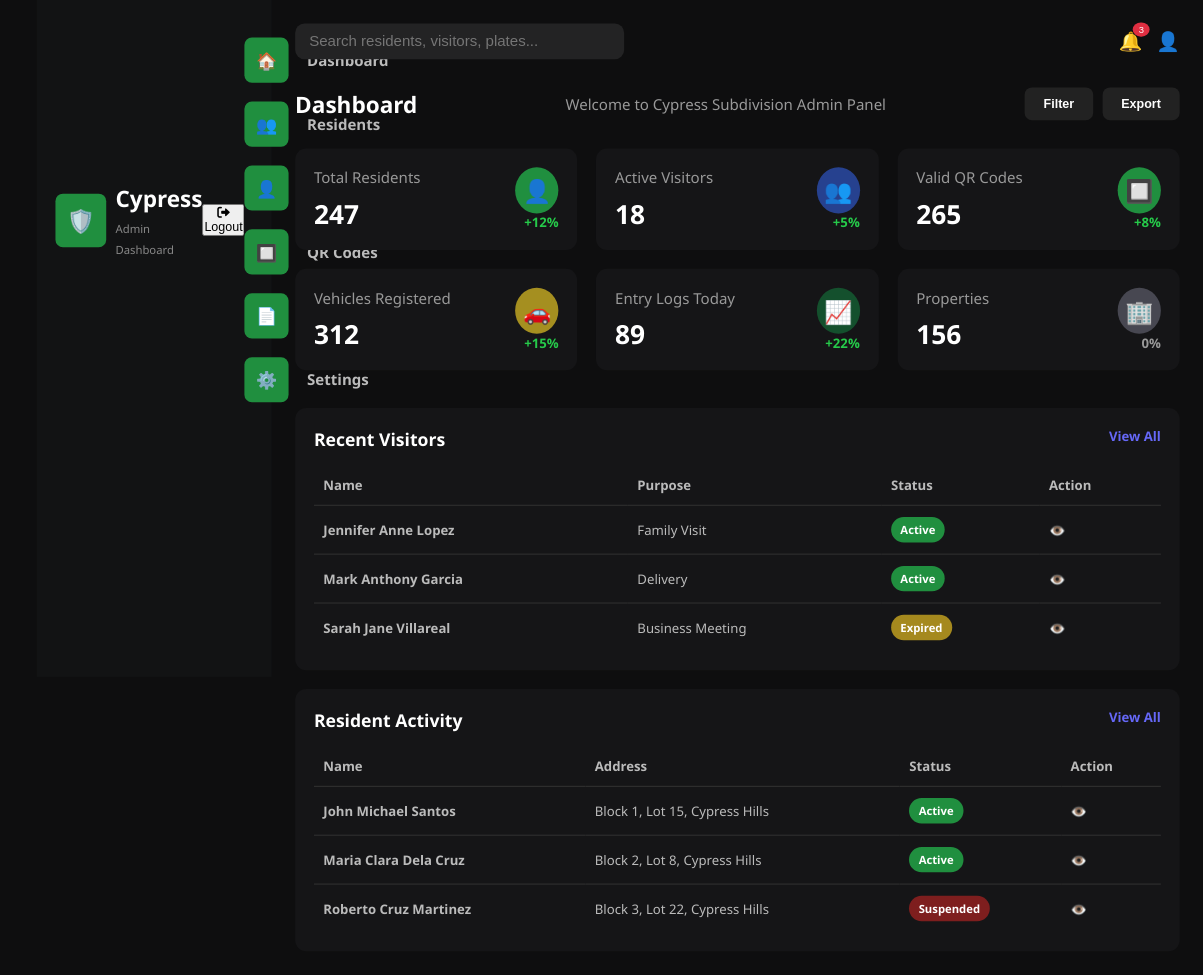
Repository: camuramon/my-project
Page: templates/admin/dashboard.html
These files come from the project's save history. The page is drawn as it stood at one moment and after the next save; the edit follows.
The browser window is 1280 px wide. The pictures show the whole page, at 94% of full size.
The template is drawn by Flask 3. The application's start-up code is not run. Other server files are loaded and not shown. The template is opened directly, without the code that normally fills it, so the values that code supplies are empty.

Above is the page before, as saved 2025-08-31 04:52:31.

### templates/admin/dashboard.html
<!DOCTYPE html>
<html lang="en">
<head>
  <meta charset="UTF-8" />
  <meta name="viewport" content="width=device-width, initial-scale=1.0" />
  <title>Cypress Admin Dashboard</title>
  <link rel="stylesheet" href="{{ url_for('static', filename='css/admin.css') }}">
  <link href="https://cdnjs.cloudflare.com/ajax/libs/font-awesome/6.0.0-beta3/css/all.min.css" rel="stylesheet" />
</head>


</head>
<body>
    <aside class="sidebar">
    <div class="logo">
        <div class="icon">🛡️</div>
        <div class="title">
            <h2>Cypress</h2>
            <span>Admin Dashboard</span>
        </div>
        <div class="logout">
        <form action="{{ url_for('logout') }}" method="POST">
            <button type="submit" class="logout-btn">
                <i class="fas fa-sign-out-alt"></i> Logout
            </button>
    </div>
    <nav>
        <ul class="sidebar-menu">
            <li class="{% if request.path == url_for('admin_dashboard') %}active{% endif %}">
                <a href="{{ url_for('admin_dashboard') }}"><span class="icon">🏠</span> Dashboard</a>
            </li>
            <li class="{% if request.path == url_for('admin_residents') %}active{% endif %}">
                <a href="{{ url_for('admin_residents') }}"><span class="icon">👥</span> Residents</a>
            </li>
            <li class="{% if request.path == url_for('admin_visitors') %}active{% endif %}">
                <a href="{{ url_for('admin_visitors') }}"><span class="icon">👤</span> Visitors</a>
            </li>
            <li>
                <a href="#"><span class="icon">🔲</span> QR Codes</a>
            </li>
            <li class="{% if request.path == url_for('admin_reports') %}active{% endif %}">
                <a href="{{ url_for('admin_reports') }}"><span class="icon">📄</span> Reports</a>
            </li>
            <li class="{% if request.path == url_for('admin_settings') %}active{% endif %}">
                <a href="{{ url_for('admin_settings') }}"><span class="icon">⚙️</span> Settings</a>
            </li>
        </ul>
    </nav>
</aside>


    <main class="main-content">
        <header class="top-bar">
            <div class="search-bar">
                <input type="search" placeholder="Search residents, visitors, plates..." />
            </div>
            <div class="top-icons">
                <button class="icon-btn">🔔<span class="notification-count">3</span></button>
                <button class="icon-btn">👤</button>
            </div>
        </header>

        <section class="dashboard-header">
            <h1>Dashboard</h1>
            <p>Welcome to Cypress Subdivision Admin Panel</p>
            <div class="actions">
                <button class="filter-btn">Filter</button>
                <button class="export-btn">Export</button>
            </div>
        </section>

        <section class="stats-cards">
            <div class="card">
                <p>Total Residents</p>
                <h2>247</h2>
                <div class="card-icon green">👤</div>
                <span class="percentage positive">+12%</span>
            </div>
            <div class="card">
                <p>Active Visitors</p>
                <h2>18</h2>
                <div class="card-icon blue">👥</div>
                <span class="percentage positive">+5%</span>
            </div>
            <div class="card">
                <p>Valid QR Codes</p>
                <h2>265</h2>
                <div class="card-icon green">🔲</div>
                <span class="percentage positive">+8%</span>
            </div>
            <div class="card">
                <p>Vehicles Registered</p>
                <h2>312</h2>
                <div class="card-icon yellow">🚗</div>
                <span class="percentage positive">+15%</span>
            </div>
            <div class="card">
                <p>Entry Logs Today</p>
                <h2>89</h2>
                <div class="card-icon green-dark">📈</div>
                <span class="percentage positive">+22%</span>
            </div>
            <div class="card">
                <p>Properties</p>
                <h2>156</h2>
                <div class="card-icon gray">🏢</div>
                <span class="percentage neutral">0%</span>
            </div>
        </section>

        <section class="tables-section">
            <div class="table-container">
                <h3>Recent Visitors <a href="#" class="view-all">View All</a></h3>
                <table>
                    <thead>
                        <tr>
                            <th>Name</th>
                            <th>Purpose</th>
                            <th>Status</th>
                            <th>Action</th>
                        </tr>
                    </thead>
                    <tbody>
                        <tr>
                            <td><strong>Jennifer Anne Lopez</strong></td>
                            <td>Family Visit</td>
                            <td><span class="status active">Active</span></td>
                            <td>👁️</td>
                        </tr>
                        <tr>
                            <td><strong>Mark Anthony Garcia</strong></td>
                            <td>Delivery</td>
                            <td><span class="status active">Active</span></td>
                            <td>👁️</td>
                        </tr>
                        <tr>
                            <td><strong>Sarah Jane Villareal</strong></td>
                            <td>Business Meeting</td>
                            <td><span class="status expired">Expired</span></td>
                            <td>👁️</td>
                        </tr>
                    </tbody>
                </table>
            </div>

            <div class="table-container">
                <h3>Resident Activity <a href="#" class="view-all">View All</a></h3>
                <table>
                    <thead>
                        <tr>
                            <th>Name</th>
                            <th>Address</th>
                            <th>Status</th>
                            <th>Action</th>
                        </tr>
                    </thead>
                    <tbody>
                        <tr>
                            <td><strong>John Michael Santos</strong></td>
                            <td>Block 1, Lot 15, Cypress Hills</td>
                            <td><span class="status active">Active</span></td>
                            <td>👁️</td>
                        </tr>
                        <tr>
                            <td><strong>Maria Clara Dela Cruz</strong></td>
                            <td>Block 2, Lot 8, Cypress Hills</td>
                            <td><span class="status active">Active</span></td>
                            <td>👁️</td>
                        </tr>
                        <tr>
                            <td><strong>Roberto Cruz Martinez</strong></td>
                            <td>Block 3, Lot 22, Cypress Hills</td>
                            <td><span class="status suspended">Suspended</span></td>
                            <td>👁️</td>
                        </tr>
                    </tbody>
                </table>
            </div>
        </section>
    </main>
</body>
</html>

### static/css/admin.css
/* General Reset and Base Styles */
* {
    box-sizing: border-box;
    margin: 0;
    padding: 0;
}

body {
    font-family: 'Segoe UI', Tahoma, Geneva, Verdana, sans-serif;
    background-color: #0e0e0f;
    color: #ddd;
    display: flex;
}

/* Sidebar */
.sidebar {
    width: 250px;
    background-color: #121314;
    height: 100vh;
    padding: 20px;
    display: flex;
    flex-direction: column;
}

.logo {
    display: flex;
    align-items: center;
    margin-bottom: 40px;
}

.logo .icon {
    background-color: #208f3f;
    padding: 12px;
    border-radius: 8px;
    font-size: 24px;
    color: white;
    margin-right: 10px;
}

.logo .title h2 {
    font-weight: 700;
    color: white;
    margin-bottom: 4px;
}

.logo .title span {
    font-size: 12px;
    color: #888;
}

/* Navigation */
.sidebar nav ul {
    list-style-type: none;
}

.sidebar nav ul li {
    margin: 20px 0;
}

.sidebar nav ul li a {
    text-decoration: none;
    color: #bbb;
    font-weight: 600;
    display: flex;
    align-items: center;
    gap: 10px;
    font-size: 16px;
}

.sidebar nav ul li a .icon {
    font-size: 18px;
}

.sidebar nav ul li.active a {
    color: white;
    font-weight: 700;
}

/* Main content */
.main-content {
    flex-grow: 1;
    padding: 25px;
    overflow-y: auto;
}

/* Top Bar */
.top-bar {
    display: flex;
    justify-content: space-between;
    align-items: center;
}

.search-bar input[type="search"] {
    width: 350px;
    padding: 10px 15px;
    border: none;
    border-radius: 10px;
    background-color: #232324;
    color: #ccc;
    font-size: 16px;
}

.top-icons {
    display: flex;
    gap: 15px;
}

.icon-btn {
    background: none;
    border: none;
    color: #ccc;
    font-size: 20px;
    position: relative;
    cursor: pointer;
}

.notification-count {
    position: absolute;
    top: -8px;
    right: -8px;
    background-color: #e02e41;
    font-size: 10px;
    padding: 2px 6px;
    border-radius: 50%;
    color: white;
}

/* Dashboard Header */
.dashboard-header {
    display: flex;
    justify-content: space-between;
    align-items: center;
    margin: 30px 0;
}

.dashboard-header h1 {
    color: white;
}

.dashboard-header p {
    color: #999;
    margin-left: 10px;
}

.actions {
    display: flex;
    gap: 10px;
}

.filter-btn,
.export-btn {
    background-color: #222;
    border: none;
    color: white;
    padding: 10px 20px;
    border-radius: 8px;
    cursor: pointer;
    font-weight: 600;
}

.filter-btn:hover,
.export-btn:hover {
    background-color: #333;
}

/* Stats Cards */
.stats-cards {
    display: flex;
    gap: 20px;
    flex-wrap: wrap;
    margin-bottom: 40px;
}

.card {
    background-color: #151517;
    border-radius: 12px;
    flex: 1 1 300px;
    padding: 20px;
    position: relative;
    color: #999;
}

.card p {
    margin-bottom: 8px;
}

.card h2 {
    color: white;
    font-weight: 800;
    font-size: 28px;
}

.card-icon {
    position: absolute;
    top: 20px;
    right: 20px;
    font-size: 24px;
    padding: 8px;
    border-radius: 100%;
    background-color: #333;
    color: white;
}

.card-icon.green {
    background-color: #208f3f;
}

.card-icon.blue {
    background-color: #26418f;
}

.card-icon.yellow {
    background-color: #a58f20;
}

.card-icon.green-dark {
    background-color: #14502d;
}

.card-icon.gray {
    background-color: #474751;
}

.percentage {
    position: absolute;
    bottom: 20px;
    right: 20px;
    font-weight: 600;
    font-size: 14px;
}

.percentage.positive {
    color: #26ca4a;
}

.percentage.neutral {
    color: #999;
}

/* Tables Section */
.tables-section {
    display: flex;
    gap: 20px;
    flex-wrap: wrap;
}

.table-container {
    background-color: #151517;
    padding: 20px;
    border-radius: 12px;
    flex: 1 1 500px;
    color: #bbb;
}

.table-container h3 {
    display: flex;
    justify-content: space-between;
    margin-bottom: 15px;
    color: white;
}

.view-all {
    color: #6668f8;
    font-weight: 600;
    text-decoration: none;
    font-size: 14px;
}

.view-all:hover {
    text-decoration: underline;
}

table {
    width: 100%;
    border-collapse: collapse;
}

thead tr {
    border-bottom: 1px solid #333;
}

th, td {
    padding: 12px 10px;
    text-align: left;
    font-size: 14px;
}

tbody tr:not(:last-child) {
    border-bottom: 1px solid #333;
}

tbody tr:hover {
    background-color: #252527;
}

.status {
    padding: 5px 10px;
    border-radius: 20px;
    font-size: 12px;
    font-weight: 700;
    color: #eee;
    display: inline-block;
}

.status.active {
    background-color: #208f3f;
    color: white;
}

.status.expired {
    background-color: #a5891e;
    color: white;
}

.status.suspended {
    background-color: #7e1e1e;
    color: white;
}

strong {
    font-weight: 700;
}

After the next save:
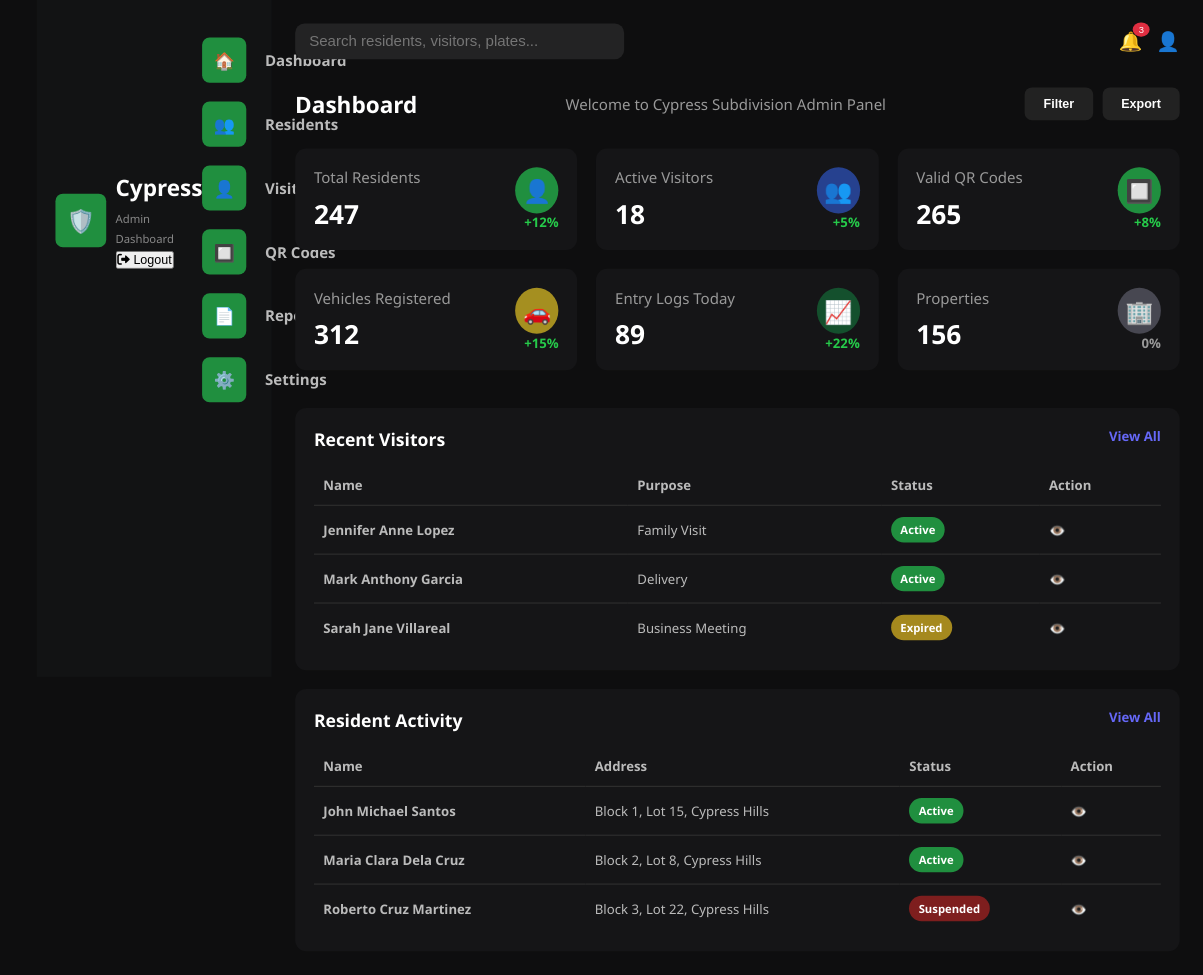
Saved 12 s later.
--- a/templates/admin/dashboard.html
+++ b/templates/admin/dashboard.html
@@ -17,12 +17,13 @@
         <div class="title">
             <h2>Cypress</h2>
             <span>Admin Dashboard</span>
-        </div>
-        <div class="logout">
+            <div class="logout">
         <form action="{{ url_for('logout') }}" method="POST">
             <button type="submit" class="logout-btn">
                 <i class="fas fa-sign-out-alt"></i> Logout
             </button>
+        </div>
+
     </div>
     <nav>
         <ul class="sidebar-menu">
